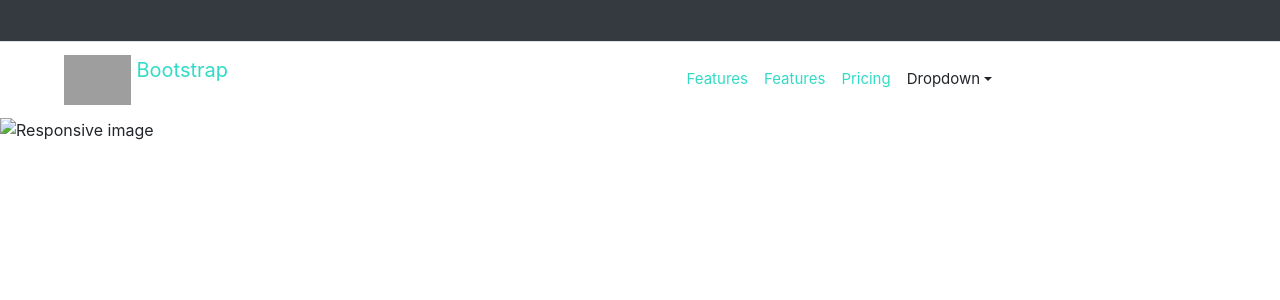
Repository: Alaa-OmarAlshobaki/portfolio
Page: index.html
An editor plug-in stored every save of this project. The page is shown before and after the next save, followed by the edit.
The browser window is 1280 px wide. The pictures show the whole page.
Pictures or frames that could not be fetched are drawn as grey boxes. Some web fonts or font styles are not loaded; a fallback is used.

Above is the page before, as saved 2020-03-12 00:20:31.

After the next save:
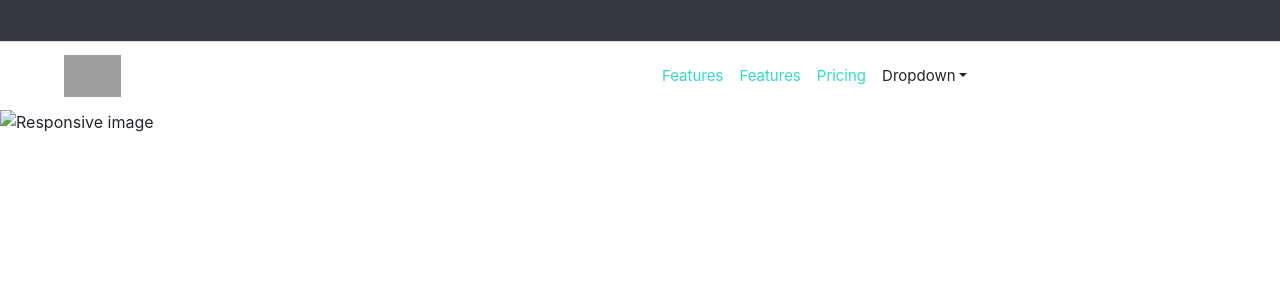
Saved 20 s later.
--- a/index.html
+++ b/index.html
@@ -54,7 +54,7 @@
    <nav class="navbar navbar-expand-lg  bg-white">
     <a class="navbar-brand ml-5" href="#">
       <img src="public/img/cv.png"  class="d-inline-block align-top" alt="">
-      Bootstrap
+
     </a>
     <div class="container">
 
